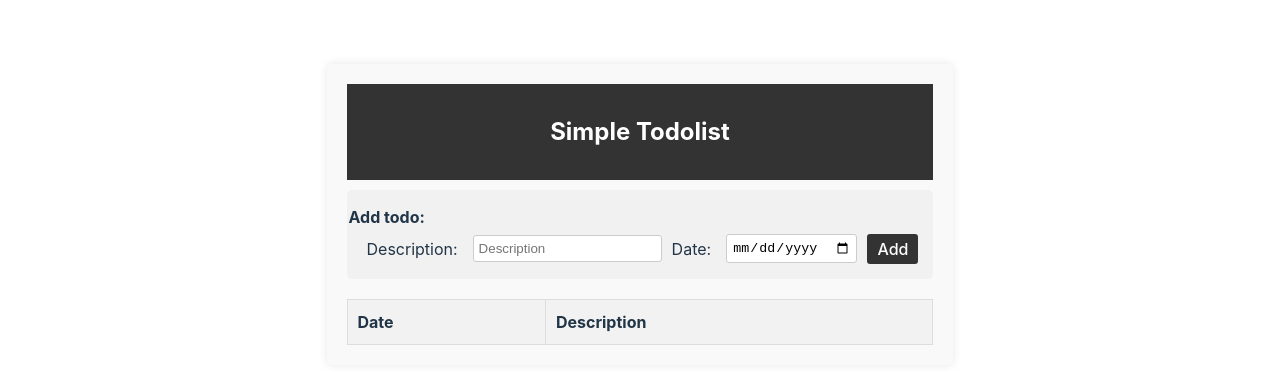
Repository: Aminul-Islam85/Todolist-with-delete
Page: /
The author's editor kept a copy of each file at every save. The page is drawn from the files as they stood at one save, then again after the next save.
The browser window is 1280 px wide. The pictures show the whole page.
The project was rebuilt for these pictures with package versions that can differ from the ones it lists, and the page was loaded fresh each time. Also part of the build but not shown: vite.config.js.

Above is the page before, as saved 2024-09-23 20:17:01.

### src/App.jsx
import './App.css';
import TodoList from './components/TodoList';

const App = () => {
    return (
        <div id="root">
            <TodoList />
        </div>
    );
};

export default App;

### src/index.css
:root {
  font-family: Inter, system-ui, Avenir, Helvetica, Arial, sans-serif;
  line-height: 1.5;
  font-weight: 400;

  color-scheme: light dark;
  color: rgba(255, 255, 255, 0.87);
  background-color: #242424;

  font-synthesis: none;
  text-rendering: optimizeLegibility;
  -webkit-font-smoothing: antialiased;
  -moz-osx-font-smoothing: grayscale;
}

a {
  font-weight: 500;
  color: #646cff;
  text-decoration: inherit;
}
a:hover {
  color: #535bf2;
}

body {
  margin: 0;
  display: flex;
  place-items: flex-start;
  min-width: 320px;
  min-height: 100vh;
}

h1 {
  font-size: 3.2em;
  line-height: 1.1;
}

button {
  border-radius: 8px;
  border: 1px solid transparent;
  padding: 0.6em 1.2em;
  font-size: 1em;
  font-weight: 500;
  font-family: inherit;
  background-color: #1a1a1a;
  cursor: pointer;
  transition: border-color 0.25s;
}
button:hover {
  border-color: #646cff;
}
button:focus,
button:focus-visible {
  outline: 4px auto -webkit-focus-ring-color;
}

@media (prefers-color-scheme: light) {
  :root {
    color: #213547;
    background-color: #ffffff;
  }
  a:hover {
    color: #747bff;
  }
  button {
    background-color: #f9f9f9;
  }
}

### src/App.css
#root {
  max-width: 1280px;
  margin: 0 auto;
  padding: 2rem;
  text-align: center;
}

.todo-container {
  background-color: #f9f9f9;
  padding: 20px;
  border-radius: 5px;
  box-shadow: 0px 0px 10px rgba(0, 0, 0, 0.1);
}

.header {
  background-color: #333;
  color: white;
  padding: 10px;
  margin-bottom: 10px;
}

.form-container {
  margin-bottom: 20px;
  background-color: #f1f1f1;
  padding: 15px;
  border-radius: 5px;
  text-align: left; /* Aligns the form elements to the left */
  padding-left: 20px; /* Ensures some padding from the left for the container */
}

.add-todo-label {
  display: block; /* Makes sure "Add todo:" is on a separate line */
  font-weight: bold;
  margin-bottom: 5px; /* Space between the label and the form */
  margin-left: -18px; /* Adjust this value to move "Add todo:" more to the left */
}

form {
  display: flex;
  align-items: center;
  justify-content: flex-start; /* Aligns items to the left */
  gap: 10px;
}

form label {
  margin-right: 5px;
}

form input {
  padding: 5px;
  border: 1px solid #ccc;
  border-radius: 3px;
}

form button {
  padding: 5px 10px;
  background-color: #333;
  color: white;
  border: none;
  cursor: pointer;
  border-radius: 3px;
}

form button:hover {
  background-color: #555;
}

.todo-table {
  width: 100%;
  border-collapse: collapse;
  margin-top: 20px;
}

.todo-table, th, td {
  border: 1px solid #ddd;
}

th, td {
  padding: 10px;
  text-align: left;
}

th {
  background-color: #f2f2f2;
}

### src/components/TodoList.jsx
import { useState } from 'react';
import TodoTable from './TodoTable';

const TodoList = () => {
    const [todo, setTodo] = useState({ description: "", duedate: "" });
    const [todos, setTodos] = useState([]);

    const handleAdd = () => {
        if (!todo.description || !todo.duedate) {
            alert("Type something in both fields");
            return;
        }

        setTodos([todo, ...todos]);
        setTodo({ description: "", duedate: "" });
    };

    const handleDelete = (row) => {
        setTodos(todos.filter((_, index) => row !== index));
    };

    return (
        <div className="todo-container">
            <div className="header">
                <h2>Simple Todolist</h2>
            </div>
            <div className="form-container">
                <span className="add-todo-label">Add todo:</span>
                <form onSubmit={(e) => { e.preventDefault(); handleAdd(); }}>
                    <label htmlFor="description">Description:</label>
                    <input
                        type="text"
                        id="description"
                        placeholder='Description'
                        value={todo.description}
                        onChange={event => setTodo({ ...todo, description: event.target.value })}
                    />
                    <label htmlFor="duedate">Date:</label>
                    <input
                        type="date"
                        id="duedate"
                        placeholder='Date'
                        value={todo.duedate}
                        onChange={event => setTodo({ ...todo, duedate: event.target.value })}
                    />
                    <button type="submit">Add</button>
                </form>
            </div>
            <TodoTable todos={todos} handleDelete={handleDelete} />
        </div>
    );
};

export default TodoList;

### src/components/TodoTable.jsx
const TodoTable = (props) => {
    return (
        <table className="todo-table">
            <thead>
                <tr>
                    <th>Date</th>
                    <th>Description</th>
                </tr>
            </thead>
            <tbody>
                {
                    props.todos.map((todo, index) =>
                        <tr key={index}>
                            <td>{todo.duedate}</td>
                            <td>{todo.description}</td>
                        </tr>
                    )
                }
            </tbody>
        </table>
    );
};

export default TodoTable;

Loaded but not shown: index.html (common file); src/main.jsx (common file)

After the next save:
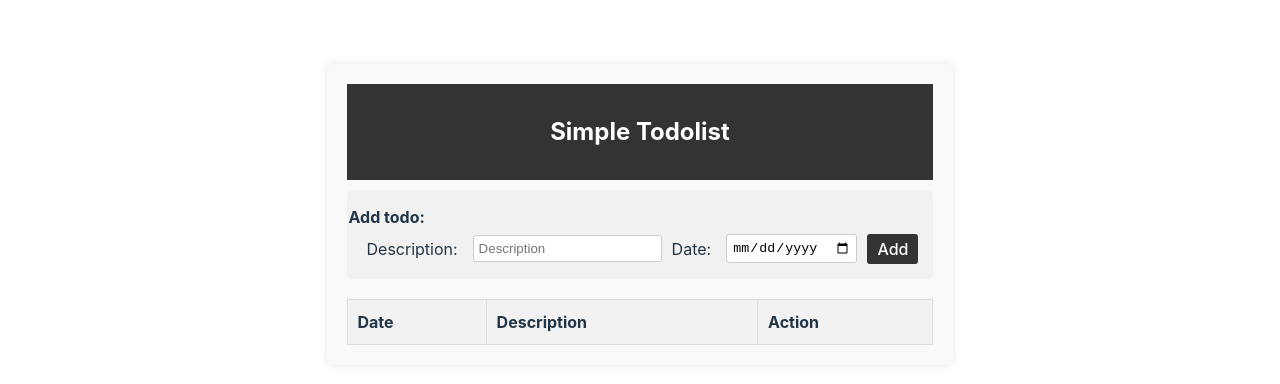
Saved 2 min 53 s later.
--- a/src/components/TodoTable.jsx
+++ b/src/components/TodoTable.jsx
@@ -5,6 +5,7 @@ const TodoTable = (props) => {
                 <tr>
                     <th>Date</th>
                     <th>Description</th>
+                    <th>Action</th>
                 </tr>
             </thead>
             <tbody>
@@ -13,6 +14,14 @@ const TodoTable = (props) => {
                         <tr key={index}>
                             <td>{todo.duedate}</td>
                             <td>{todo.description}</td>
+                            <td>
+                                <button
+                                    className="delete-button"
+                                    onClick={() => props.handleDelete(index)}
+                                >
+                                    Delete
+                                </button>
+                            </td>
                         </tr>
                     )
                 }
